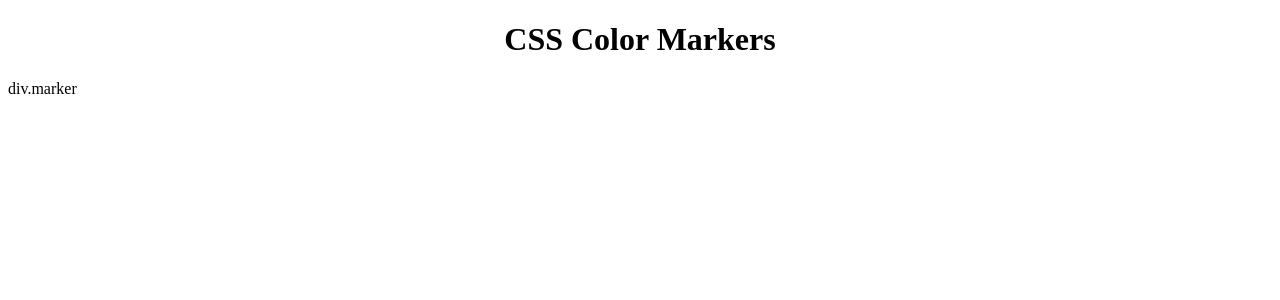
Repository: Lungdjos/color_markers
Page: index.html
The author's editor kept a copy of each file at every save. The page is drawn from the files as they stood at one save, then again after the next save.
The browser window is 1280 px wide. The pictures show the whole page.

Above is the page before, as saved 2023-09-13 10:49:53.

### index.html
<!DOCTYPE html>
<html lang="en">

<head>
    <meta charset="UTF-8">
    <meta name="viewport" content="width=device-width, initial-scale=1.0">
    <title>Colored Markers</title>
    <link rel="stylesheet" href="styles.css">
</head>

<body>
    <h1>CSS Color Markers</h1>
    <div class="container">
        div.marker
    </div>
</body>

</html>

### styles.css
/* STYLING */

h1 {
    text-align: center;
}

After the next save:
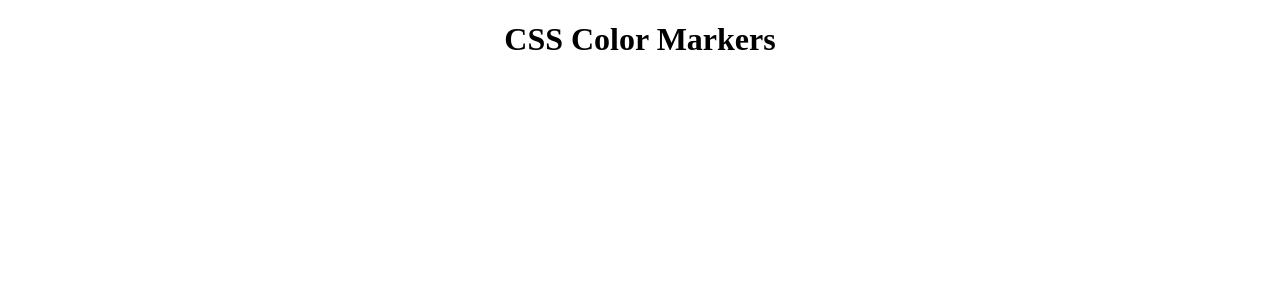
Saved 6 s later.
--- a/index.html
+++ b/index.html
@@ -11,7 +11,7 @@
 <body>
     <h1>CSS Color Markers</h1>
     <div class="container">
-        div.marker
+        <div class="marker"></div>
     </div>
 </body>
 
